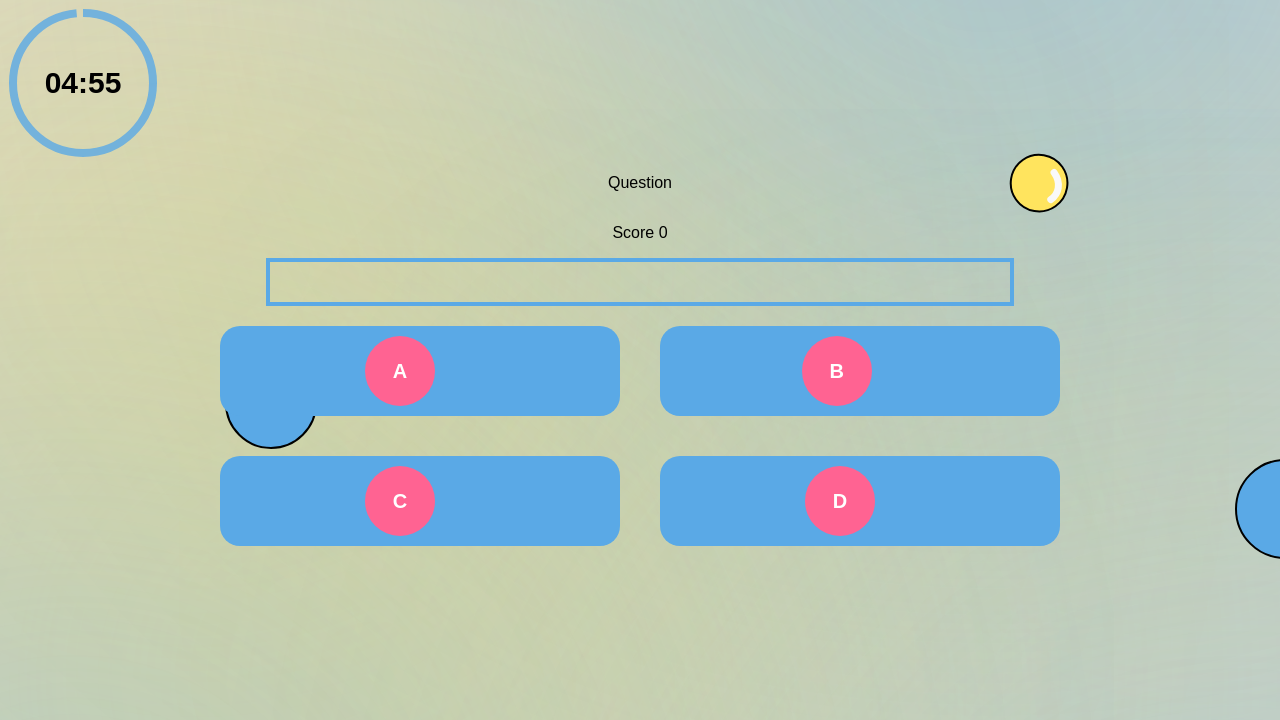
Repository: sierralaurent/SmartiePants
Page: quiz.html
The author's editor kept a copy of each file at every save. The page is drawn from the files as they stood at one save, then again after the next save.
The browser window is 1280 px wide. The pictures show the whole page.
The page's requests for data from a server got no answer.

Above is the page before, as saved 2023-05-16 22:22:47.

After the next save:
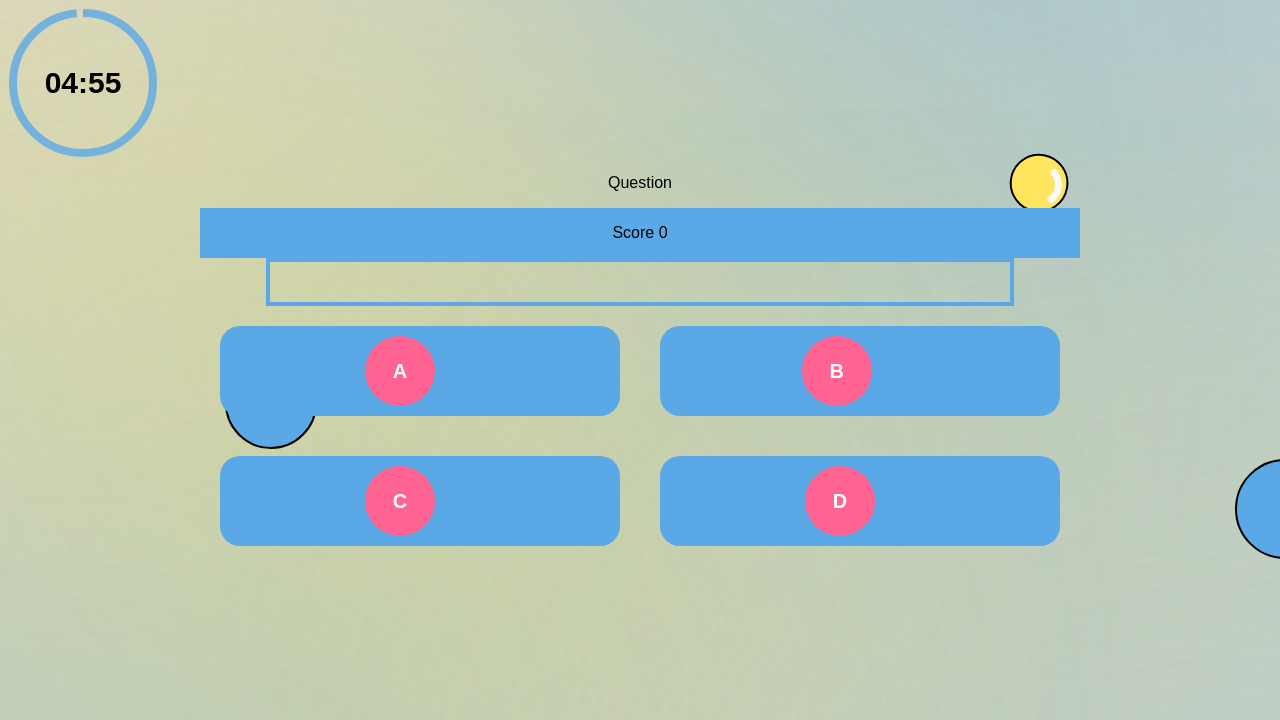
Saved 5 s later.
--- a/quiz.css
+++ b/quiz.css
@@ -94,5 +94,5 @@ margin-right: 20px;
 .score{
     display: flex;
     justify-content: center;
-    background-color: ;
+    background-color:  rgba(90, 169, 230, 1);
 }
